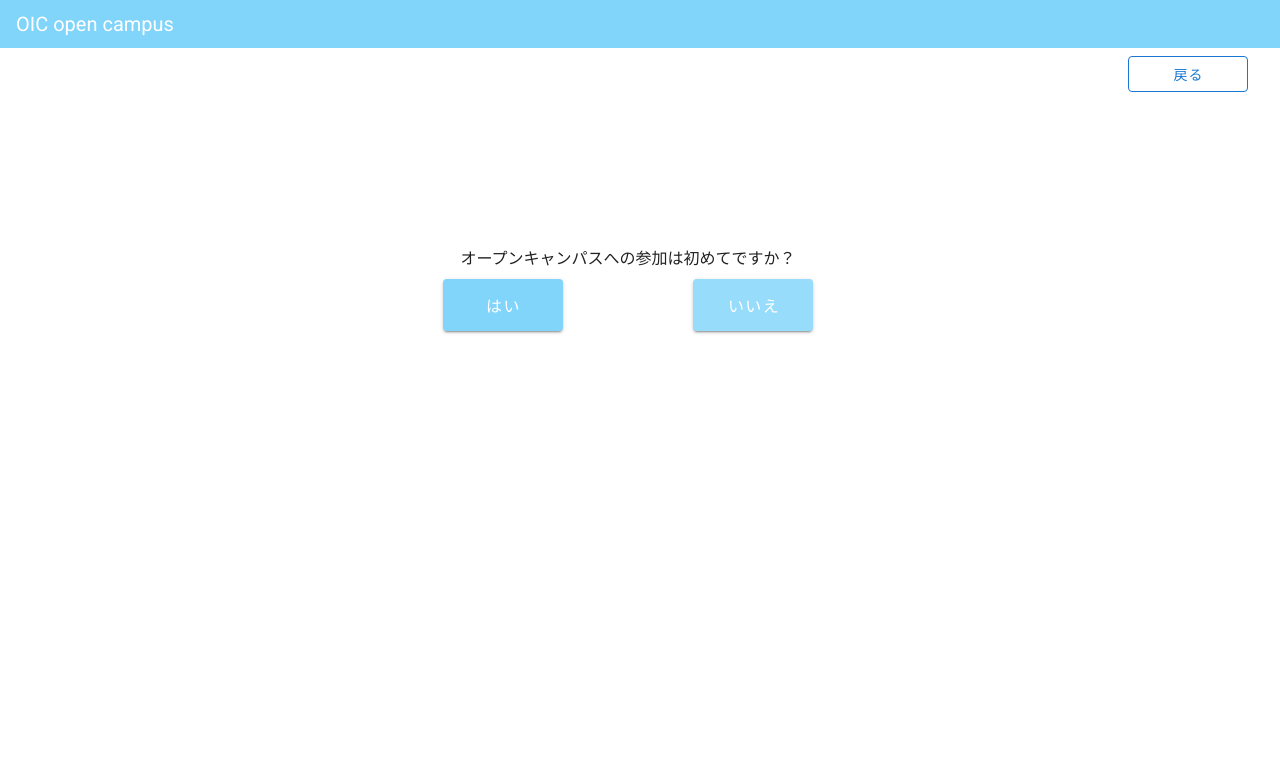
Repository: taniwhy/open-campus-system
Page: /#/branch (app in client_view/)
The author's editor kept a copy of each file at every save. The page is drawn from the files as they stood at one save, then again after the next save.
The browser window is 1280 px wide. The pictures show the whole page.
The project was rebuilt for these pictures with package versions that can differ from the ones it lists, and the page was loaded fresh each time. Also part of the build but not shown: client_view/vue.config.js, client_view/src/components/Home.vue, client_view/src/components/Login.vue, client_view/src/components/Register.vue.

Above is the page before, as saved 2019-11-28 10:54:03.

### client_view/public/index.html
<!DOCTYPE html>
<html lang="en">
  <head>
    <meta charset="utf-8">
    <meta http-equiv="X-UA-Compatible" content="IE=edge">
    <meta name="viewport" content="width=device-width,initial-scale=1.0">
    <link rel="icon" href="<%= BASE_URL %>favicon.ico">
    <title>client_view</title>
    <link rel="stylesheet" href="https://fonts.googleapis.com/css?family=Roboto:100,300,400,500,700,900">
    <link rel="stylesheet" href="https://cdn.jsdelivr.net/npm/@mdi/font@latest/css/materialdesignicons.min.css">
  </head>
  <body>
    <noscript>
      <strong>We're sorry but client_view doesn't work properly without JavaScript enabled. Please enable it to continue.</strong>
    </noscript>
    <div id="app"></div>
    <!-- built files will be auto injected -->
  </body>
</html>

### client_view/src/main.js
import Vue from 'vue'
import App from './App.vue'
import router from './router'
import store from './store'
import vuetify from './plugins/vuetify';

Vue.config.productionTip = false

new Vue({
    router,
    store,
    vuetify,
    render: h => h(App)
}).$mount('#app')

### client_view/src/App.vue
<template>
  <v-app>
    <div>
      <v-app-bar color="light-blue lighten-3" dense dark>

        <v-toolbar-title>OIC open campus</v-toolbar-title>

      </v-app-bar>
    </div>
    <v-content>
      <router-view></router-view>
    </v-content>
  </v-app>
</template>

<script>
export default {
  name: "App",

  components: {},

  data: () => ({
    //
  })
};
</script>

### client_view/src/router/index.js
import Vue from 'vue'
import VueRouter from 'vue-router'
import Home from '../components/Home.vue'
import Login from '../components/Login.vue'
import Branch from '../components/Branch.vue'
import Register from '../components/Register.vue'

Vue.use(VueRouter)

const routes = [{
        path: '/',
        name: 'home',
        component: Home
    },
    {
        path: '/login',
        name: 'login',
        component: Login
    },
    {
        path: '/branch',
        name: 'branch',
        component: Branch
    },
    {
        path: '/register',
        name: 'register',
        component: Register
    },
]

const router = new VueRouter({
    routes
})

export default router

### client_view/src/components/Branch.vue
<template>
  <v-app>
    <v-container fluid>
      <v-row>
        <v-col>
          <v-row align="center" justify="end" style="width: 100%;">
            <v-btn x-Large flat to="/" class="ma-2" outlined color="primary" width=120px>戻る</v-btn>
          </v-row>
        </v-col>
      </v-row>
    </v-container>
    <v-container fluid style="height: 100%;">
      <v-row align="center" style="height: 60%;">
        <v-col>
          <v-row>
            <v-col>
              <v-row align="center" justify="center" style="width: 100%;">オープンキャンパスへの参加は初めてですか？</v-row>
            </v-col>
          </v-row>
          <v-row height="100px">
            <v-col>
              <v-row align="center" justify="end" style="width: 100%;">
                <div class="my-2">
                  <v-btn class="white--text" flat to="/register" x-large color="light-blue lighten-3" width=120px>はい</v-btn>
                </div>
              </v-row>
            </v-col>
            <v-col cols="1"></v-col>
            <v-col>
              <v-row align="center" justify="start" style="width: 100%;">
                <div class="my-2">
                  <v-btn class="white--text" flat to="/branch" x-large color="light-blue lighten-3" width=120px>いいえ</v-btn>
                </div>
              </v-row>
            </v-col>
          </v-row>
        </v-col>
      </v-row>
    </v-container>
  </v-app>
</template>

<script>
export default {
  name: "Home",
  data: () => ({})
};
</script>

Loaded but not shown: client_view/src/store/index.js (common file); client_view/src/plugins/vuetify.js (common file)

After the next save:
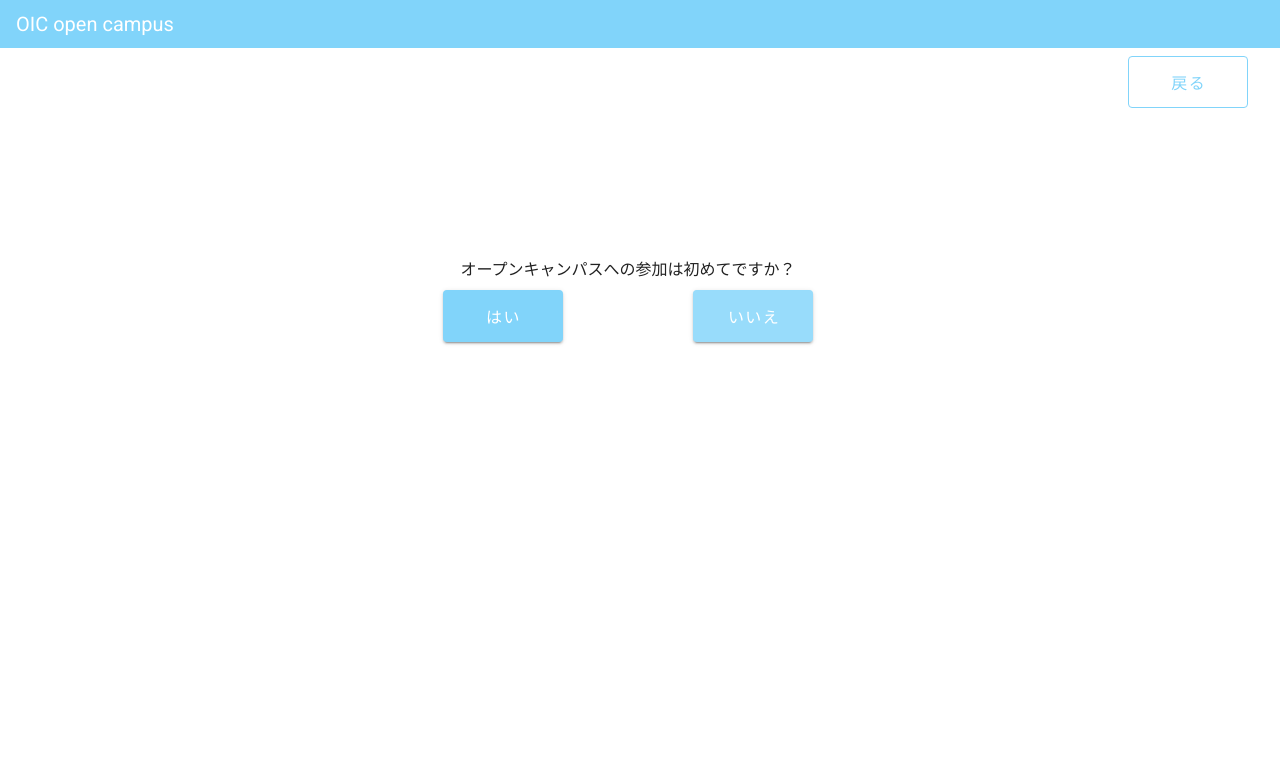
Saved 48 s later.
--- a/client_view/src/components/Branch.vue
+++ b/client_view/src/components/Branch.vue
@@ -4,7 +4,7 @@
       <v-row>
         <v-col>
           <v-row align="center" justify="end" style="width: 100%;">
-            <v-btn x-Large flat to="/" class="ma-2" outlined color="primary" width=120px>戻る</v-btn>
+            <v-btn x-large flat to="/" class="ma-2" outlined color="light-blue lighten-3" width=120px>戻る</v-btn>
           </v-row>
         </v-col>
       </v-row>
